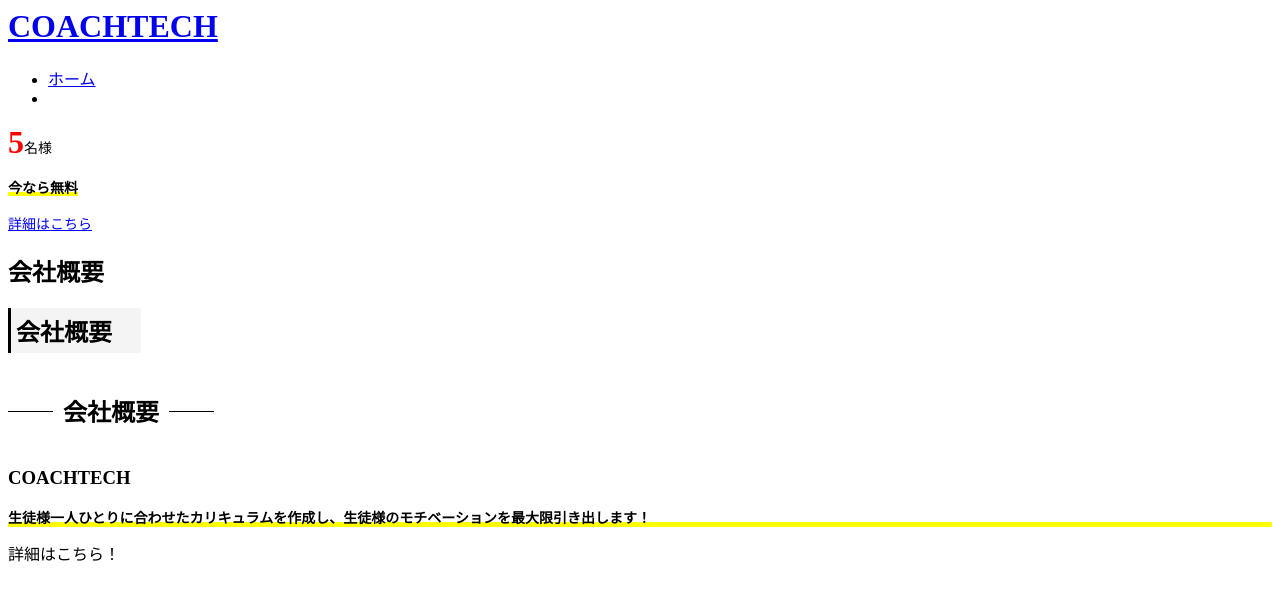
Repository: 9136424556/todo01
Page: coachtech/html-css/ホームページ基礎css2-4.html
These files come from the project's save history. The page is drawn as it stood at one moment and after the next save; the edit follows.
The browser window is 1280 px wide. The pictures show the whole page.

Above is the page before, as saved 2023-12-04 02:21:30.

### coachtech/html-css/ホームページ基礎css2-4.html
<link rel="stylesheet" href="css/css2-4.css">
<header class="header">
    <h1 class="header-tti">
        <a href="css2-4.html">
            COACHTECH
        </a>
    </h1>
    <nav class="header-nav">
        <ul class="header-nav-list">
            <li class="header-item"><a href="css2-4.html">ホーム</a></li>
            <li class="header-item"><a href="img/card.jpg"></a></li>
        </ul>
    </nav>
</header>
<p class="text">
    <span class="emphasis">5</span>名様
</p>
<p><span class="text2">今なら無料</span></p>
<a class="link" href="#">詳細はこちら</a>
<h2 class="title"><span class="title-innet">会社概要</span></h2>
<h2 class="title3">会社概要</h2>
<h2 class="title4">会社概要</h2>
<div class="card">
    <h3 class="title5">COACHTECH</h3>
    <p class="text2">
        生徒様一人ひとりに合わせたカリキュラムを作成し、生徒様のモチベーションを最大限引き出します！
    </p>
    <a class="link2">詳細はこちら！</a>
</div>

### coachtech/html-css/css/css2-4.css
.text{
    font-size: 14px;
}
.emphasis{
    font-size: 32px;
    font-weight: bold;
    color: red;
}
.text2{
    font-size: 14px;
    font-weight: bold;
  background: linear-gradient(transparent 75%, yellow 75%);
}
.link{
    font-size: 14px;
    color: blue;
}
.title-inner{
    font-size: 24px;
    font-weight: bold;
    border-bottom: 3px dashed #000;
    padding-bottom: 1px;
}
.title3{
    padding: 5px;
    border-left: 3px solid #000;
    background: #f4f4f4;
    width: 120px;
}
.title4{
    position: relative;
    display: inline-block;
    padding: 0 55px;
}
.title4::before, .title4::after{
    content: '';
    position: absolute;
    top: 50%;
    display: inline-block;
    width: 45px;
    height: 1px;
    background-color: black;
}
.title4::before{
    left: 0;
}
.title4::after{
    right: 0;
}

After the next save:
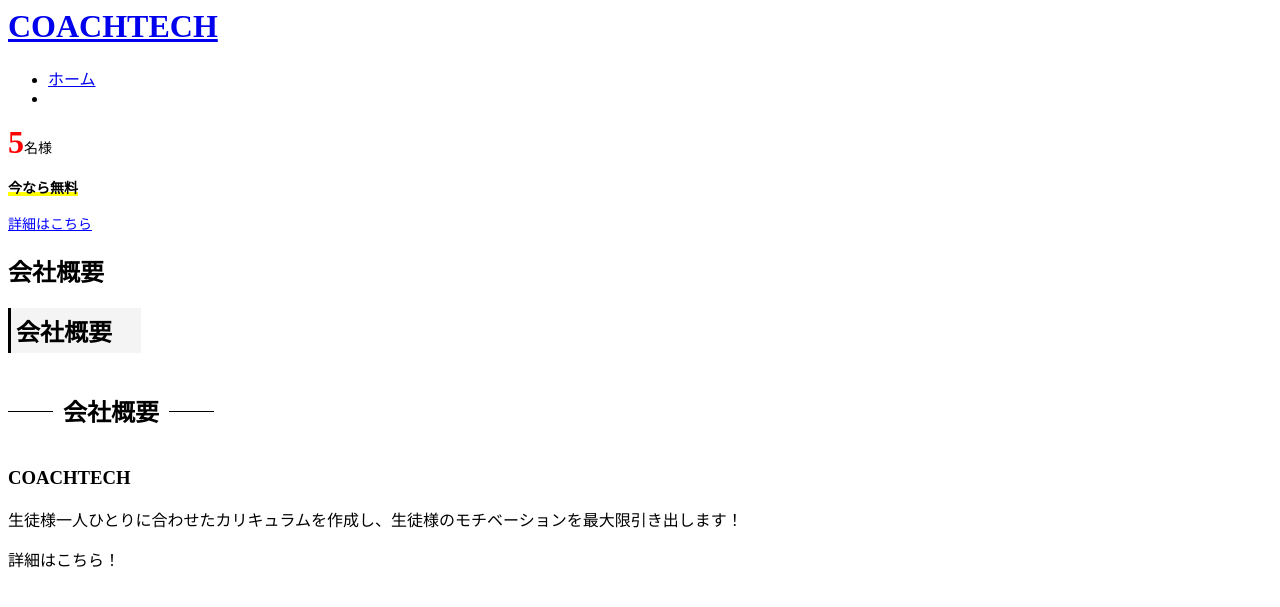
Saved 2 min 47 s later.
--- a/coachtech/html-css/ホームページ基礎css2-4.html
+++ b/coachtech/html-css/ホームページ基礎css2-4.html
@@ -22,7 +22,7 @@
 <h2 class="title4">会社概要</h2>
 <div class="card">
     <h3 class="title5">COACHTECH</h3>
-    <p class="text2">
+    <p class="text3">
         生徒様一人ひとりに合わせたカリキュラムを作成し、生徒様のモチベーションを最大限引き出します！
     </p>
     <a class="link2">詳細はこちら！</a>
